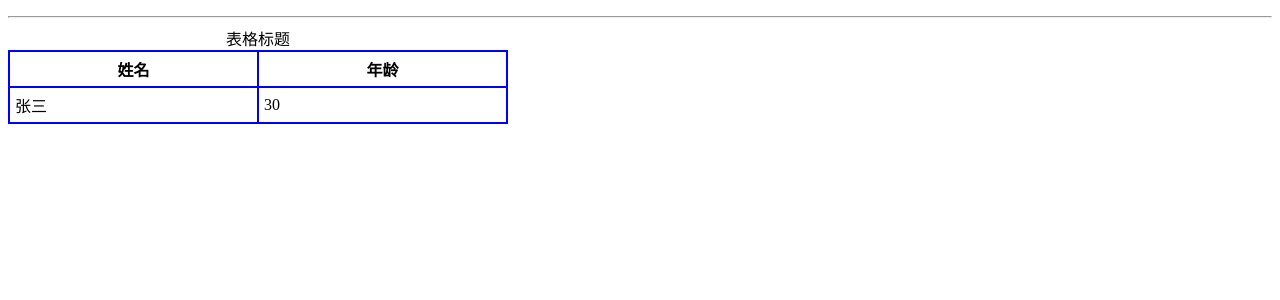
Repository: tangchengjingwen/javaLearningCode
Page: javaLearningCode/day29_html/table.html
These files come from the project's save history. The page is drawn as it stood at one moment and after the next save; the edit follows.
The browser window is 1280 px wide. The pictures show the whole page.

Above is the page before, as saved 2012-05-13 06:31:53.

After the next save:
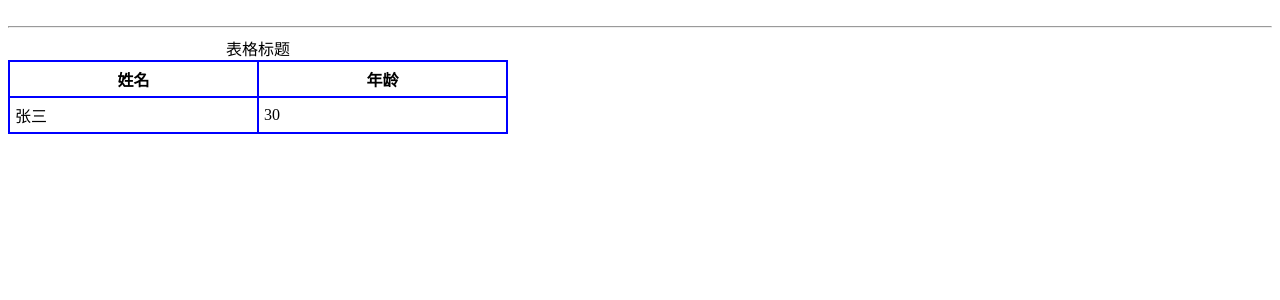
Saved 26 s later.
--- a/javaLearningCode/day29_html/table.html
+++ b/javaLearningCode/day29_html/table.html
@@ -6,7 +6,15 @@
 	</head>
 	<body>
 
-		<table></table>
+		<table>
+			<tr>
+				<td></td>
+			</tr>
+			<tr>
+				<td></td>
+				<td></td>
+			</tr>
+		</table>
 		<HR/>
 
 		<table border="1" bordercolor="blue" cellpadding="5" cellspacing="0" width="500" >
